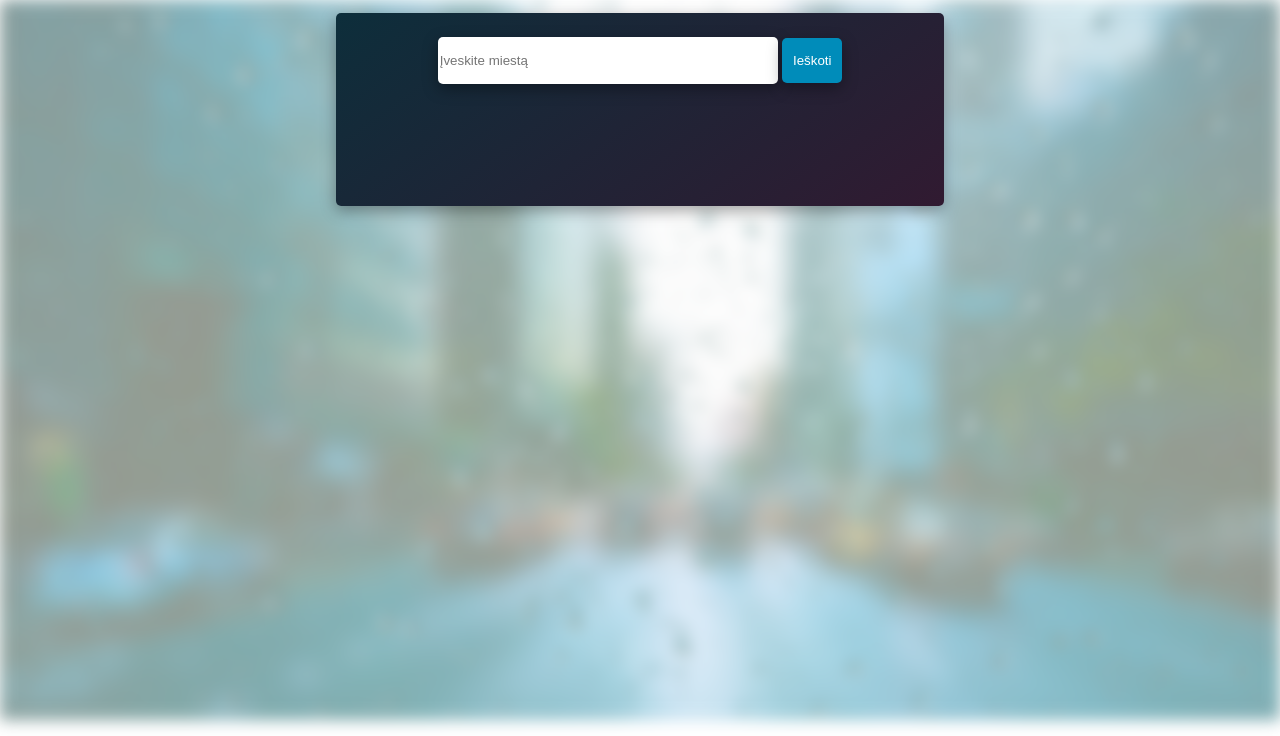
Repository: daxazz1/Weather-app
Page: index.html
These files come from the project's save history. The page is drawn as it stood at one moment and after the next save; the edit follows.
The browser window is 1280 px wide. The pictures show the whole page.

Above is the page before, as saved 2021-11-08 14:50:20.
Console error: TypeError: Cannot read properties of null (reading 'addEventListener')

After the next save:
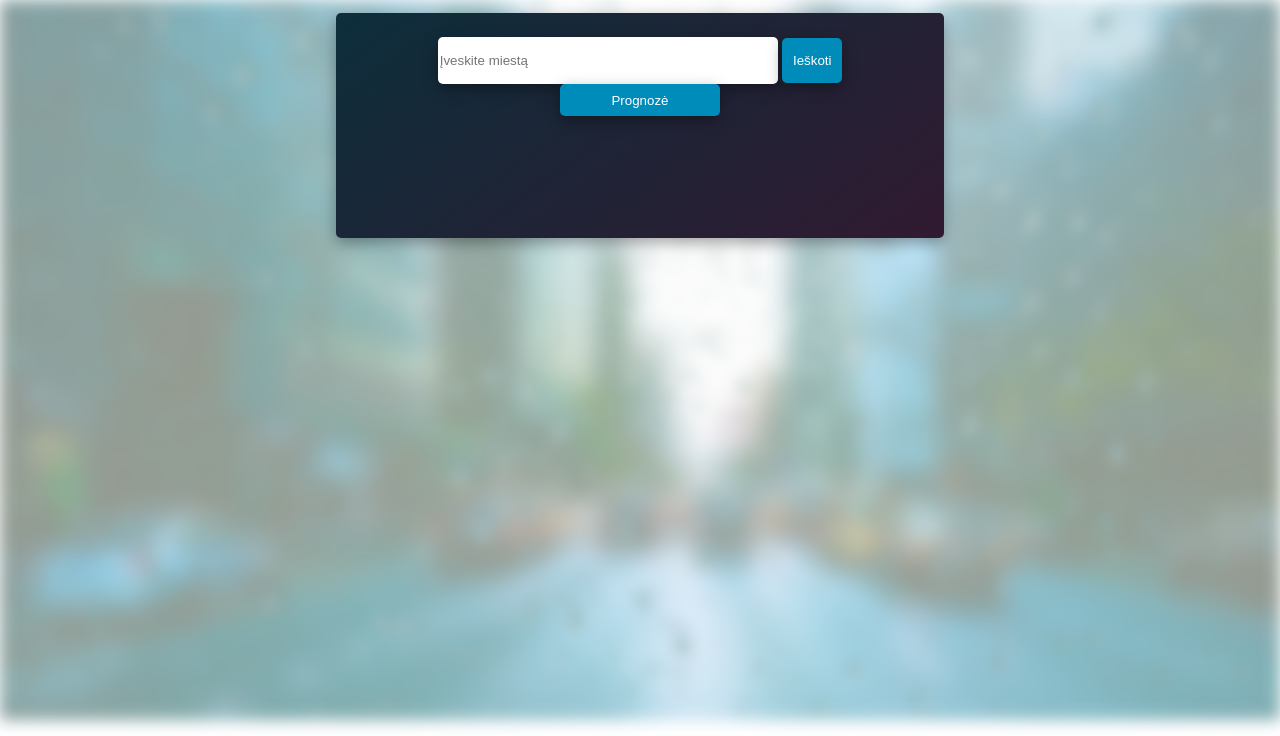
The error is gone.
Saved 25 s later.
--- a/index.html
+++ b/index.html
@@ -16,6 +16,7 @@
       <div class="input">
         <input id="city" placeholder="Įveskite miestą" required/>
         <button id="search">Ieškoti</button>
+        <button id="prognoze">Prognozė</button>
       </div>
           <p class="dt"> <span id="datetime"></span></p>
           <div class="siandien">
